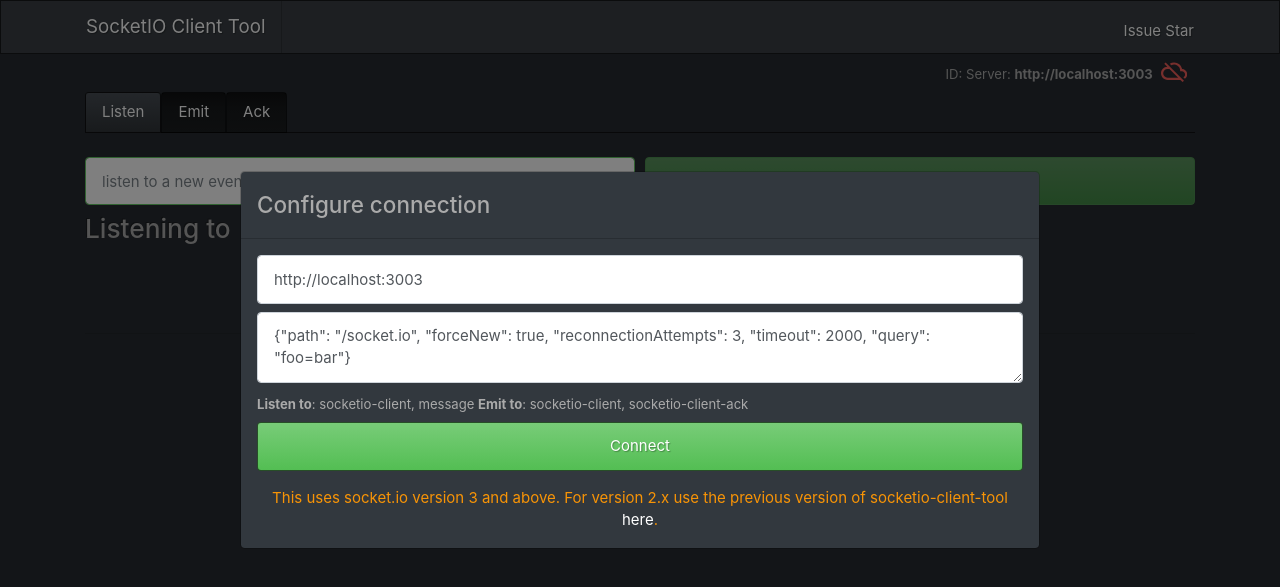
Repository: aadshalshihry/socketio-client-tool
Page: / (app in react-client-tool/)
An editor plug-in stored every save of this project. The page is shown before and after the next save, followed by the edit.
The browser window is 1280 px wide. The pictures show the whole page.
Some web libraries are served in a nearby version. The project was rebuilt for these pictures with package versions that can differ from the ones it lists, and the page was loaded fresh each time. Also part of the build but not shown: react-client-tool/src/index.css.

Above is the page before, as saved 2021-06-30 19:49:10.

### react-client-tool/public/index.html
<!DOCTYPE html>
<html lang="en">

<head>
  <meta charset="utf-8" />
  <!-- <link rel="icon" href="%PUBLIC_URL%/favicon.ico" /> -->
  <link rel="shortcut icon" type="image/png" href="favicon.png">
  <meta name="viewport" content="width=device-width, initial-scale=1" />
  <meta name="theme-color" content="#000000" />
  <meta name="description" content="Quickly test you socket.io backend apps" />
  <meta property="og:title" content="Socket.IO Client Tool" />
  <meta property="og:url" content="https://amritb.github.io/socketio-client-tool/" />
  <meta property="og:image" content="https://raw.githubusercontent.com/amritb/socketio-client-tool/master/ss1.png" />

  <title>Socket IO Client Tool</title>

  <link rel="stylesheet" href="https://cdnjs.cloudflare.com/ajax/libs/bootswatch/4.5.3/slate/bootstrap.min.css"
    integrity="sha512-Dfbzfu79H8lYHUElioPvezFPJI+wFlG4uP4tbHlRkrIhlyVzp/8sh2LQ7GmQz1+vIO9J6c/HUK5VfsMFM19piA=="
    crossorigin="anonymous" />
</head>

<body>
  <nav class="mb-1 navbar navbar-expand-sm navbar-dark bg-primary">
    <div class="container">
      <a href="/" class="navbar-brand">SocketIO Client Tool</a>
      <div class="collapse navbar-collapse" id="navbarText">
        <span class="navbar-text ml-auto mr-3 mt-2">
          <!-- Place this tag where you want the button to render. -->
          <a class="github-button" href="https://github.com/amritb/socketio-client-tool/issues"
            data-color-scheme="no-preference: dark; light: dark; dark: dark;" data-icon="octicon-issue-opened"
            aria-label="Issue amritb/socketio-client-tool on GitHub">Issue</a>
          <a class="github-button" href="https://github.com/amritb/socketio-client-tool"
            data-color-scheme="no-preference: dark; light: light; dark: dark;" data-show-count="true"
            aria-label="Star amritb/socketio-client-tool on GitHub">Star</a>
        </span>
      </div>
    </div>
  </nav>
  <noscript>You need to enable JavaScript to run this app.</noscript>
  <div id="root"></div>

  <div class="container my-5 pt-3">
    <div class="row">
      <div class="col">
        <hr />
        <div class="text-center small text-muted">
          <a href="v1/">use previous version (socket.io 2.x and below)</a><br />
          <a href="https://amritbera.com">amritbera.com</a>
        </div>
      </div>
    </div>
  </div>

  <!-- Place this tag in your head or just before your close body tag. -->
  <script async defer src="https://buttons.github.io/buttons.js"></script>

</body>

</html>

### react-client-tool/src/App.jsx
import './App.css';
import Connection from './components/connection.jsx';
import Listen from './components/listen.jsx';
import Emitter from './components/emitter.jsx';
import Ack from './components/ack.jsx';
import { useEffect, useState, useRef } from 'react';
import { io } from 'socket.io-client';
import { Container, Row, Col, Modal, Tabs, Tab } from 'react-bootstrap';
import { MdCloudDone, MdCloudOff } from 'react-icons/md';



function App() {

  const [socket, setSocket] = useState(null);
  const [isReady, setIsReady] = useState(false);

  const isReadyRef = useRef();
  isReadyRef.current = isReady;

  const [connData, setConnData] = useState({
    connected: false,
    loading: false,
    server: 'http://localhost:3003',
    config: '{"path": "/socket.io", "forceNew": true, "reconnectionAttempts": 3, "timeout": 2000, "query": "foo=bar"}',
    errors: []
  });

  const [appConfig, setAppConfig] = useState(0);
  const [eventsToListenFor, setEventsToListenFor] = useState(['socketio-client', 'message']);

  const [listenTo, setListenTo] = useState([]);
  const [emitTo, setEmitTo] = useState(['socketio-client', 'socketio-client-ack']);

  // Storage
  const [emitHistory, setEmitHistory] = useState([]);
  const [listenHistory, setListenHistory] = useState([]);
  const [ackHistory, setAckHistory] = useState([]);

  const createConnection = (url, config) => {
    setConnData(() => {
      return {
        connected: false,
        loading: true,
        socketId: 'connecting..',
        server: url,
        config: config,
        errors: []
      }
    });
    setSocket(() => io(url, JSON.parse(config)));
  }

  useEffect(() => {
    if (socket === null) {
      return;
    }
    socket.on("connect", () => {
      if (isReadyRef.current === true) {
        return;
      }

      setConnData(() => {
        return {
          connected: true,
          loading: false,
          server: connData.url,
          socketId: socket.id,
          config: connData.config,
          errors: []
        }
      });
      addListener(eventsToListenFor);
      setIsReady(() => true);
    });

  });

  useEffect(() => {

  }, [listenTo]);

  function addListener(channels) {
    channels.forEach(channel => {
      const channelsToAdd = [];
      if (!listenTo.includes(channel)) {
        channelsToAdd.push(channel);
        socket.on(channel, (response) => {
          console.log("data received", channel, response);
          const d = new Date();
          const data = {
            key: d.toLocaleString(),
            date: d,
            channel: channel,
            data: typeof response === 'string' ? response : JSON.stringify(response, null, 2),
            dataType: typeof response === 'string' ? 'string' : 'json'
          };
          setListenHistory(i => [data, ...i]);
        });
      }
      setListenTo(items => [...channelsToAdd, ...items]);
    });
  }

  const addEmitTo = (channel) => {
    setEmitTo((items) => [channel, ...items]);
  }

  const emitData = (emitChannel, dataToEmit) => {
    socket.emit(emitChannel, dataToEmit, (ack) => {
      const date = new Date();
      const store = {
        key: date.toUTCString(),
        channel: emitChannel,
        date: date,
        data: ack,
        type: typeof ack === 'string' ? 'string' : 'json'
      }
      setAckHistory(items => [store, ...items]);
    });
    const date = new Date();
    const store = {
      key: date.toUTCString(),
      channel: emitChannel,
      date: date,
      data: dataToEmit,
      type: typeof dataToEmit === 'string' ? 'string' : 'json'
    }
    setEmitHistory(items => [store, ...items]);
  }

  // const histryStackChannelsFilter = (item, channels) => {
  //   return !channels.includes(item.channel);
  // }

  function clearHistory(stack, channels) {
    switch (stack) {
      case 'emit':
        setEmitHistory(() => []);
        break;
      case 'listen':
        setListenHistory(items => items.filter(i => !channels.includes(i.channel)));
        break;
      case 'ack':
        setAckHistory(() => []);
        break;
      default:
        break;
    }
  }

  useEffect(() => {

    function setHash() {
      const hashObj = {
        server: connData.server,
        listen: listenTo,
        emit: emitTo,
        config: connData.config
      };
      window.location.hash = window.btoa(JSON.stringify(hashObj));
    }

    function getHash() {
      return window.location.hash === "" ? false : JSON.parse(window.atob(window.location.hash.split("#")[1]));
    }

    if (connData.connected) {
      setHash();
    } else {
      const d = getHash();

      if (d !== false && appConfig === 0) { // Has hash value on load
        setAppConfig(() => 1);
        if (d.listen.length > 0) {
          setEventsToListenFor(() => d.listen);
        }
        setEmitTo(() => d.emit);
        setConnData(() => {
          return {
            connected: false,
            loading: false,
            server: d.server,
            config: d.config,
            errors: []
          };
        });
      }
    }
  }, [connData.connected, connData.server, connData.config, listenTo, emitTo, appConfig]);

  return (
    <div className="App">
      <Container>
        <Row>
          <Col className="text-right">
            <span className="small">
              ID: <b>{connData.socketId}</b> Server: <b>{connData.server}</b>
            </span>
            {connData.connected ? <MdCloudDone className="text-success ml-3 h3" /> : <MdCloudOff className="text-danger mx-2 h3" />}
          </Col>
        </Row>

        <Row>
          <Col>
            <Tabs defaultActiveKey="listen" className="mb-4 nav-fillx">
              <Tab eventKey="listen" title="Listen">
                <Listen listeners={listenTo} addListener={addListener} listenHistory={listenHistory} clearHistory={clearHistory} stack="listen" />

              </Tab>

              <Tab eventKey="emit" title="Emit">
                <Emitter emitToChannels={emitTo} addEmitTo={addEmitTo} emitData={emitData} emitHistory={emitHistory} clearHistory={clearHistory} stack="emit" />
              </Tab>

              <Tab eventKey="ack" title="Ack">
                <Ack ackHistory={ackHistory} stack="ack" clearHistory={clearHistory} />
              </Tab>

            </Tabs>
          </Col>
        </Row>
      </Container>


      <Modal show={!(connData.connected)} backdrop="static" centered size="lg">

        <Modal.Header>
          <Modal.Title>
            Configure connection
            </Modal.Title>
        </Modal.Header>

        <Modal.Body>
          <Connection eventsToListenFor={eventsToListenFor} emitTo={emitTo} connData={connData} createConnection={createConnection} />
        </Modal.Body>
      </Modal>
    </div >
  );
}

export default App;

### react-client-tool/src/components/connection.jsx
import { useState, useEffect } from 'react';
import { Form, Col, Button, Alert } from 'react-bootstrap';

export default function Connection({ connData, createConnection, eventsToListenFor, emitTo }) {
  const [formValid, setFormValid] = useState([]);
  const [serverUrl, setServerUrl] = useState([]);
  const [config, setConfig] = useState();

  const onFormSubmit = (e) => {
    e.preventDefault();
    e.stopPropagation();

    try {
      JSON.parse(config);
    } catch (e) {
      console.log('cannot parse config json', e);
      setFormValid(() => [e]);
      return;
    }

    setFormValid(() => []);
    createConnection(serverUrl, config);
  }

  useEffect(() => {
    setConfig(() => connData.config);
    setServerUrl(() => connData.server);
  }, [connData]);

  return (
    <>
      <Alert variant="danger" show={(connData.errors).length > 0 || formValid.length > 0}>
        {connData.errors.join(', ')} {formValid.join(', ')}
      </Alert>

      <Form onSubmit={onFormSubmit}>
        <Form.Row className="mb-2">
          <Col>
            <Form.Control required value={serverUrl} placeholder="server url" type="url" onChange={(e) => setServerUrl(e.target.value)} />
          </Col>
        </Form.Row>
        <Form.Row className="mb-2">
          <Col>
            <Form.Control as="textarea" placeholder="JSON config" value={config} onChange={(e) => setConfig(e.target.value)} />
          </Col>
        </Form.Row>
        <Form.Row className="mt-2">
          <Col>
            <Form.Text className="mb-2">
              <strong>Listen to</strong>: {eventsToListenFor.join(', ')} <strong>Emit to</strong>: {emitTo.join(', ')}
            </Form.Text>
            <Button variant="success" type="submit" block disabled={connData.loading}>{connData.loading ? 'Connecting...' : 'Connect'}</Button>
            <div className="mt-3 text-center text-warning">
              This uses socket.io version 3 and above. For version 2.x use the previous version of socketio-client-tool <a href="v1/">here</a>.
            </div>
          </Col>
        </Form.Row>
      </Form>
    </>
  )
}

### react-client-tool/src/components/listen.jsx
import { useState } from "react";
import History from './history.jsx';
import { Form, Button, Col, Alert } from 'react-bootstrap';

export default function Listen({ listeners, addListener, listenHistory, clearHistory }) {

  const [channel, setChannel] = useState('');
  const [formValidation, setFormValidation] = useState([]);

  const getChannelMessages = (channel) => {
    return listenHistory.filter(item => channel === item.channel);
  }

  const listenerBoxes = listeners.map((item, index) => {
    return (
      <History key={index} data={getChannelMessages(item)} title={item} stack="listen" channels={[item]} clearHistory={clearHistory} />
    );
  });

  const onFormSubmit = (e) => {
    e.preventDefault();
    addListener([channel]);
    setChannel('');
  }

  const channelTextBoxChange = e => {
    setChannel(e.target.value.trim());
    setFormValidation(v => []);
    if (listeners.includes(e.target.value)) {
      setFormValidation(v => [...v, 'Event already exists']);
    }
  }

  return (
    <div>
      <div>
        <Alert variant="danger" show={(formValidation).length > 0}>
          {formValidation.join(', ')}
        </Alert>
        <Form onSubmit={onFormSubmit} noValidate validated={formValidation.length === 0}>
          <Form.Row className="mb-2">
            <Col>
              <Form.Control placeholder="listen to a new event..." value={channel} onChange={channelTextBoxChange} />
            </Col>
            <Col>
              <Button variant="success" type="submit" block disabled={formValidation.length !== 0 || channel.length < 1}>Add</Button>
            </Col>
          </Form.Row>
        </Form>
      </div>
      <h3>Listening to</h3>
      {listenerBoxes}
    </div>
  );
}

### react-client-tool/src/components/emitter.jsx
import { useState } from 'react';
import { Form, Col, Button, Alert } from 'react-bootstrap';
import History from './history.jsx';

export default function Emitter({ emitToChannels, addEmitTo, emitData, emitHistory, clearHistory, stack }) {
  const [emitChannel, setEmitChannel] = useState('socketio-client');
  const [emitText, setEmitText] = useState('');
  const [emitDataJson, setEmittDataJson] = useState(false);
  const [newEmitter, setNewEmitter] = useState('');
  const [emitFormErrors, setEmitFormErrors] = useState([]);

  const onEmitDataSubmit = (e) => {
    e.preventDefault();

    let dataToEmit = emitText;

    if (emitDataJson === true) {
      try {
        dataToEmit = JSON.parse(emitText);
      } catch (error) {
        // setEmitFormErrors((items) => [...items, `Failed to parse JSON data: ${error}`]);
        setEmitFormErrors(() => [`Failed to parse JSON data: ${error}`]);
        return;
      }
    }
    setEmitText(() => '');
    setEmitFormErrors(() => []);
    emitData(emitChannel, dataToEmit);
  }

  const onAddEmitterSubmit = (e) => {
    e.preventDefault();
    addEmitTo(newEmitter);
    setNewEmitter('');
    setEmitChannel(() => newEmitter);
  }

  const eventOptions = emitToChannels.map((item) => {
    return (
      <option key={item} value={item}>{item}</option>
    );
  });

  return (
    <div>
      <Form onSubmit={onAddEmitterSubmit} className="mb-3">
        <Form.Row>
          <Col xs={4}>
            <Form.Control size="sm" value={newEmitter} onChange={(e) => setNewEmitter(e.target.value)} placeholder="Event name" />
          </Col>
          <Col xs={2}>
            <Button size="sm" variant="info" type="submit" block>Add</Button>
          </Col>
        </Form.Row>
      </Form>

      <hr />

      <Form onSubmit={onEmitDataSubmit}>
        <Alert variant="danger" show={emitFormErrors.length > 0}>
          {emitFormErrors.join(', ')}
        </Alert>
        <Form.Row className="mb-2">
          <Col>
            <Form.Control as="select" value={emitChannel} onChange={(e) => setEmitChannel(e.target.value)}>
              {eventOptions}
            </Form.Control>
          </Col>
          <Col>
            <Form.Check type="switch" id="is-json" label="JSON data" value={emitDataJson} onChange={(e) => setEmittDataJson(() => e.target.checked)} placeholder="data..." className="pt-3 pl-5" />
          </Col>
        </Form.Row>
        <Form.Row className="mb-2">
          <Col>
            <Form.Control as="textarea" value={emitText} onChange={(e) => setEmitText(e.target.value)} />
          </Col>
        </Form.Row>
        <Form.Row>
          <Col>
            <Button variant="success" type="submit" block>Emit</Button>
          </Col>
        </Form.Row>
      </Form>

      <hr />
      <div className="mt-4">
        <History data={emitHistory} emitBack={emitData} title="Messages" clearHistory={clearHistory} stack={stack} />
      </div>
    </div>
  );
}

### react-client-tool/src/components/ack.jsx
import History from './history.jsx';

export default function Ack({ ackHistory, clearHistory }) {
  return (
    <History data={ackHistory} title="Messages" stack="ack" clearHistory={clearHistory} />
  );
}

### react-client-tool/src/components/history.jsx
import { Button, ListGroup } from 'react-bootstrap'
import { Col, Row, Badge } from 'react-bootstrap';
import { BsTrash } from 'react-icons/bs';

export default function History({ data, title, stack, channels, clearHistory, emitBack }) {
  const emitButtonClick = (e, item) => {
    if (typeof emitBack === 'function') {
      emitBack(item.channel, item.data);
    }
  }

  const items = data.map((item) => {
    return (
      <ListGroup.Item key={item.date.toISOString() + '--' + item.channel}>
        <Row>
          <Col sm={4}>
            <small>{item.date.toLocaleTimeString()}</small> <br /> <Badge variant="info">{item.channel}</Badge>
          </Col>
          <Col>
            <div className="float-right">
              <Button className={typeof emitBack !== 'function' ? 'd-none': ''} size="sm" variant="warning" onClick={e => emitButtonClick(e, item)}>emit</Button>
            </div>
            <pre>{typeof item.data === "string" ? item.data : JSON.stringify(item.data, null, 2)}</pre>
          </Col>
        </Row>
      </ListGroup.Item>
    );
  });

  const clearHistoryClick = (e) => {
    clearHistory(stack, channels);
  }

  return (
    <div>
      <div className="mt-4 histories">
        <h3>
          {title}
          <Button size="sm" onClick={clearHistoryClick} className={items.length > 0 ? "ml-2 " : "d-none" } variant="danger"><BsTrash className="mr-2" />clear</Button>
          </h3>
        <ListGroup variant="flush rounded text-white">
          {items}
        </ListGroup>
      </div>
    </div>
  );
}

Loaded but not shown: react-client-tool/src/index.js (common file); react-client-tool/src/App.css (no stored copy; drawn as an empty file)

After the next save:
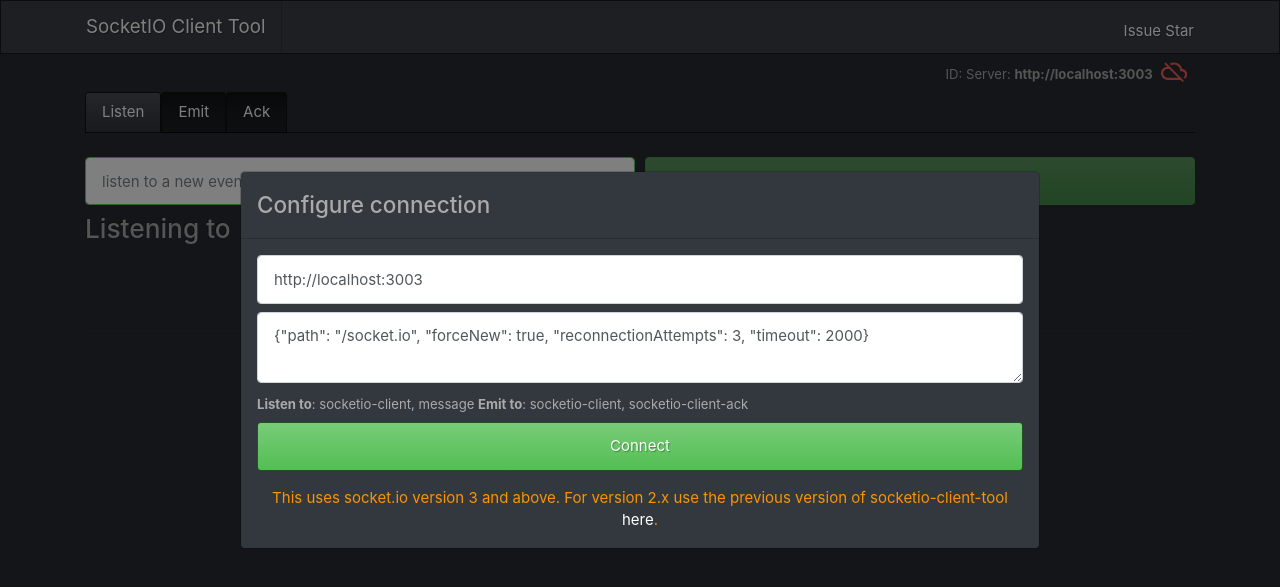
Saved 101 s later.
--- a/react-client-tool/src/App.jsx
+++ b/react-client-tool/src/App.jsx
@@ -22,7 +22,7 @@
     connected: false,
     loading: false,
     server: 'http://localhost:3003',
-    config: '{"path": "/socket.io", "forceNew": true, "reconnectionAttempts": 3, "timeout": 2000, "query": "foo=bar"}',
+    config: '{"path": "/socket.io", "forceNew": true, "reconnectionAttempts": 3, "timeout": 2000}',
     errors: []
   });
 
@@ -45,6 +45,7 @@
         socketId: 'connecting..',
         server: url,
         config: config,
+        query: "foo=bar",
         errors: []
       }
     });

After the 6 saves that followed:
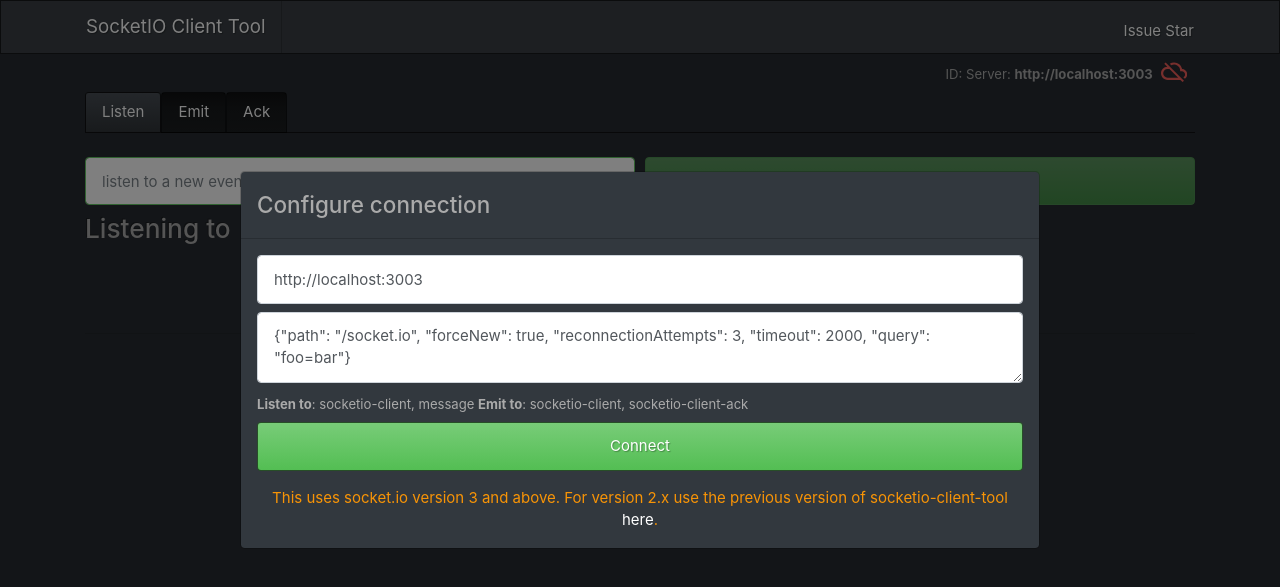
The 6 saves are shown as one change because 5 left the picture as it was.
The last was saved 8 min 21 s later.
--- a/react-client-tool/src/App.jsx
+++ b/react-client-tool/src/App.jsx
@@ -22,7 +22,7 @@
     connected: false,
     loading: false,
     server: 'http://localhost:3003',
-    config: '{"path": "/socket.io", "forceNew": true, "reconnectionAttempts": 3, "timeout": 2000}',
+    config: '{"path": "/socket.io", "forceNew": true, "reconnectionAttempts": 3, "timeout": 2000, "query": "foo=bar"}',
     errors: []
   });
 
@@ -45,7 +45,6 @@
         socketId: 'connecting..',
         server: url,
         config: config,
-        query: "foo=bar",
         errors: []
       }
     });
